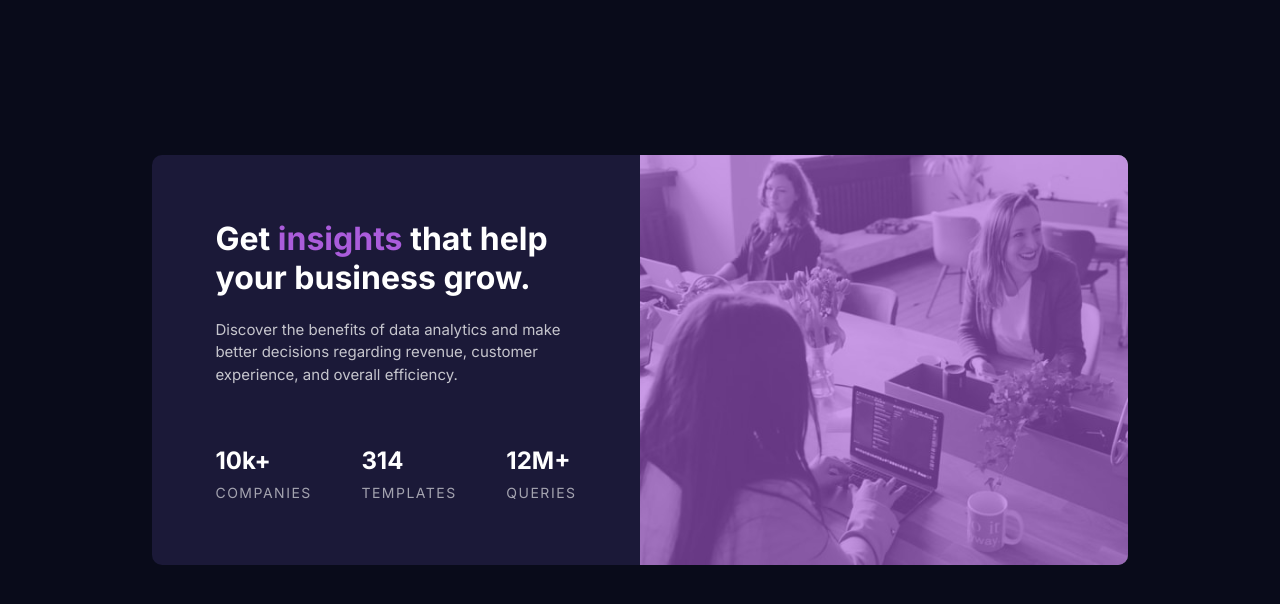
Repository: keisewarsame/stats-preview-frontendmentor
Page: index.html
An editor plug-in stored every save of this project. The page is shown before and after the next save, followed by the edit.
The browser window is 1280 px wide. The pictures show the whole page.

Above is the page before, as saved 2022-07-12 14:29:54.

After the next save:
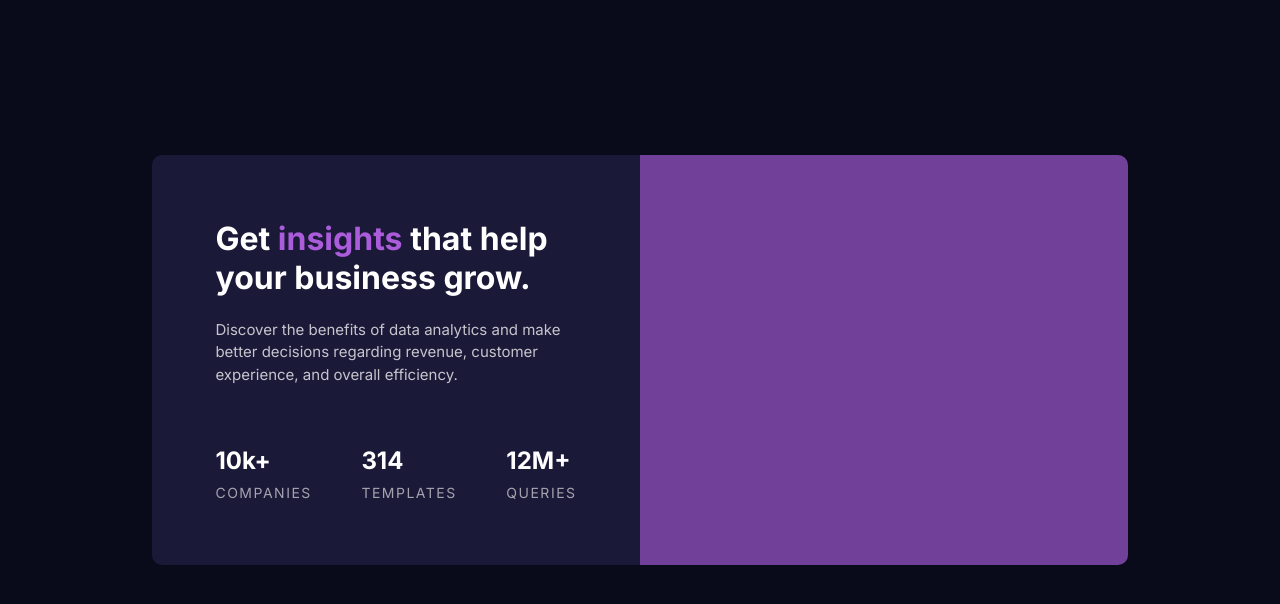
Saved 38 s later.
--- a/index.html
+++ b/index.html
@@ -29,7 +29,7 @@
                 </div>
             </div>
             <div class="image-component">
-                <img src="/images/image-header-desktop.jpg" alt="">
+                <!-- <img src="/images/image-header-desktop.jpg" alt=""> -->
             </div>
         </div>
     </div>
